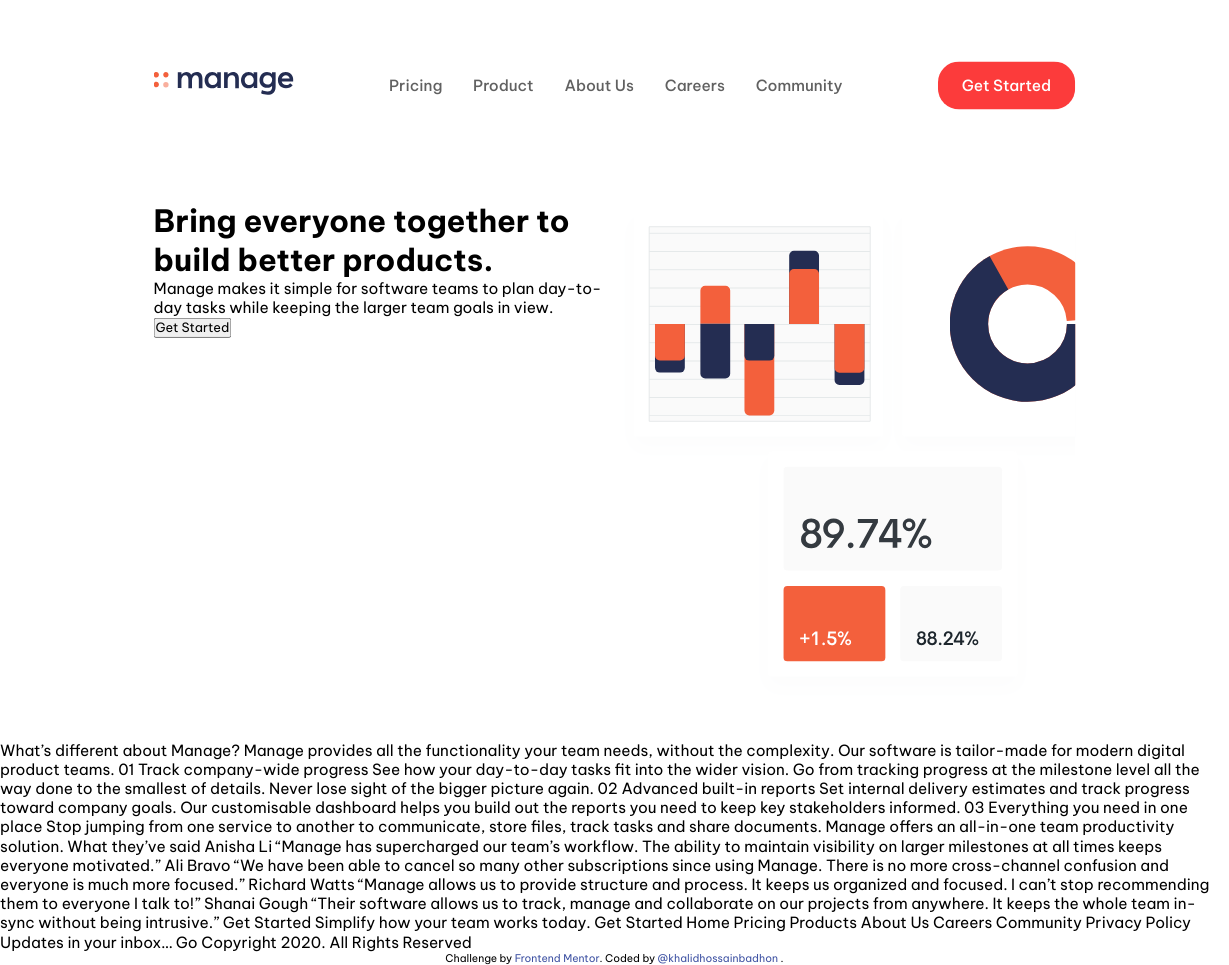
Repository: badhon252/revision
Page: manage-landing-page-master/index.html
An editor plug-in stored every save of this project. The page is shown before and after the next save, followed by the edit.
The browser window is 1280 px wide. The pictures show the whole page, at 96% of full size.
The style sheet was rebuilt from its Sass, Less or Tailwind sources for each picture, by a compiler version that may differ from the author's.

Above is the page before, as saved 2022-08-07 17:21:58.

After the next save:
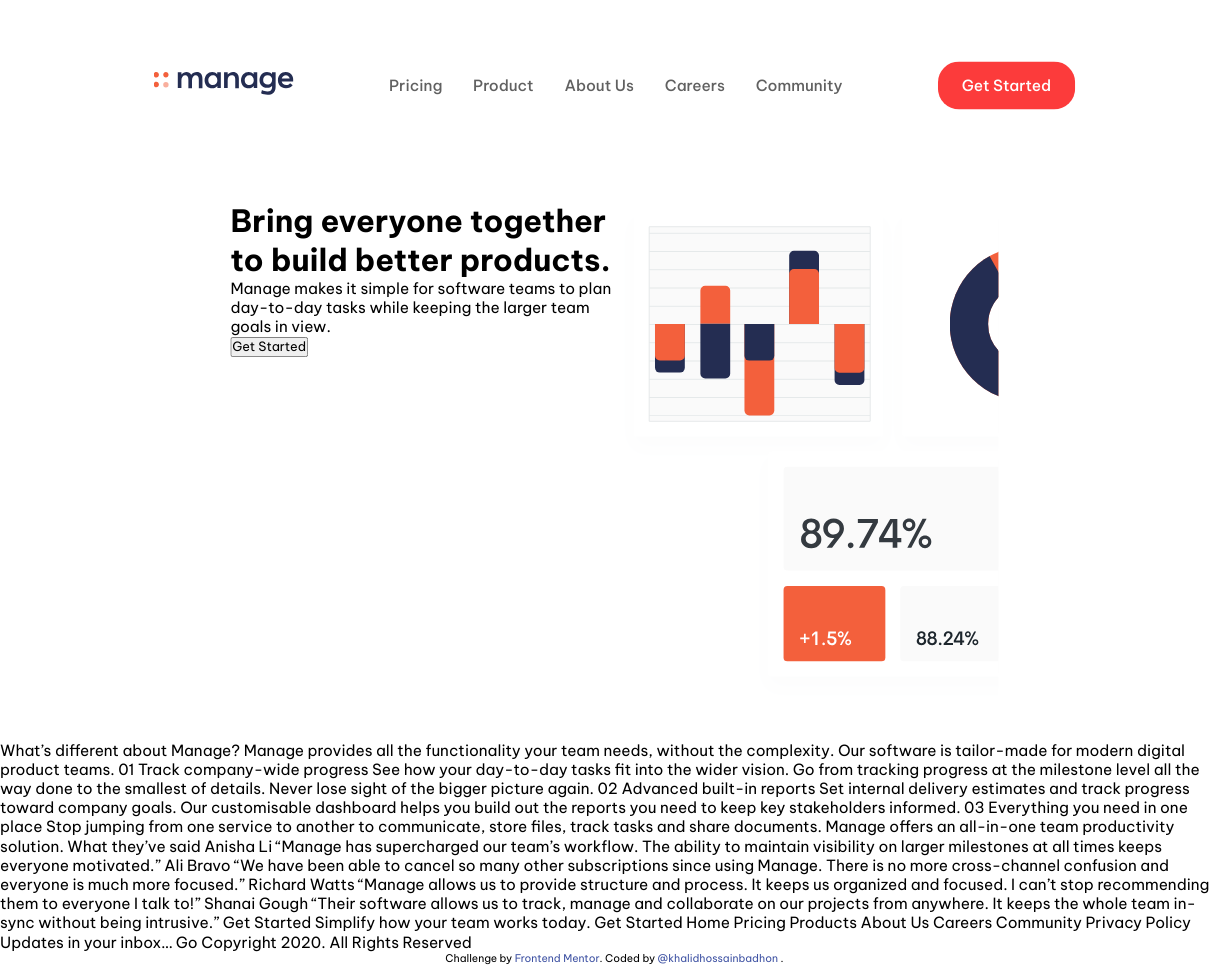
Saved 20 s later.
--- a/manage-landing-page-master/sass/style.scss
+++ b/manage-landing-page-master/sass/style.scss
@@ -64,7 +64,7 @@ header {
   }
 
   .header-content {
-    padding: 2rem 10rem;
+    padding: 2rem 15rem;
   }
 }
 
